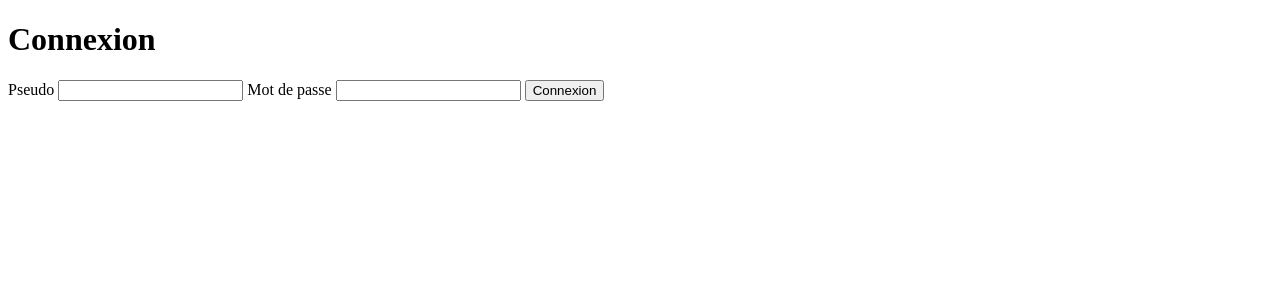
Repository: Yannis699/WW2_forum_project
Page: http://localhost/User/user_connexion.php
The author's editor kept a copy of each file at every save. The page is drawn from the files as they stood at one save, then again after the next save.
The browser window is 1280 px wide. The pictures show the whole page.
The page is run by PHP 8.4 with error messages shown; the project is at /var/www/html/. db.php is not in the repository; a stand-in opens the database connection.

Above is the page before, as saved 2022-05-19 02:57:53.

After the next save:
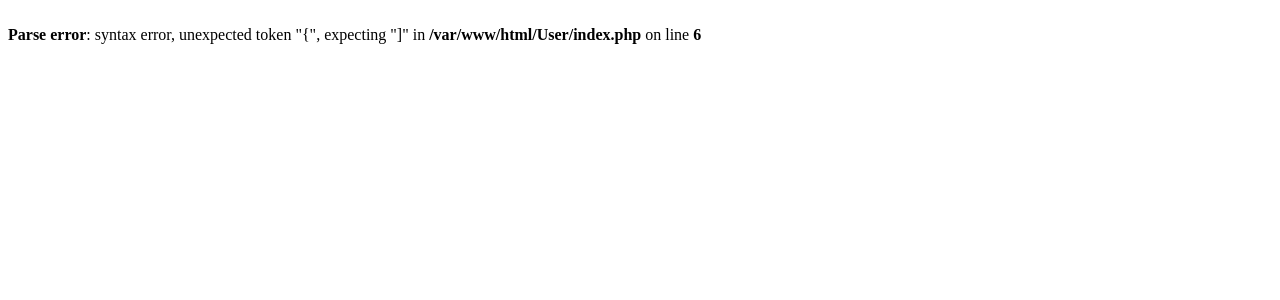
Saved 7 s later.
--- a/User/index.php
+++ b/User/index.php
@@ -3,5 +3,5 @@
     session_start();
     require_once('../db.php');
 
-    if(isset($_SESSION))
+    if(isset($_SESSION[{id}]))
 ?>
